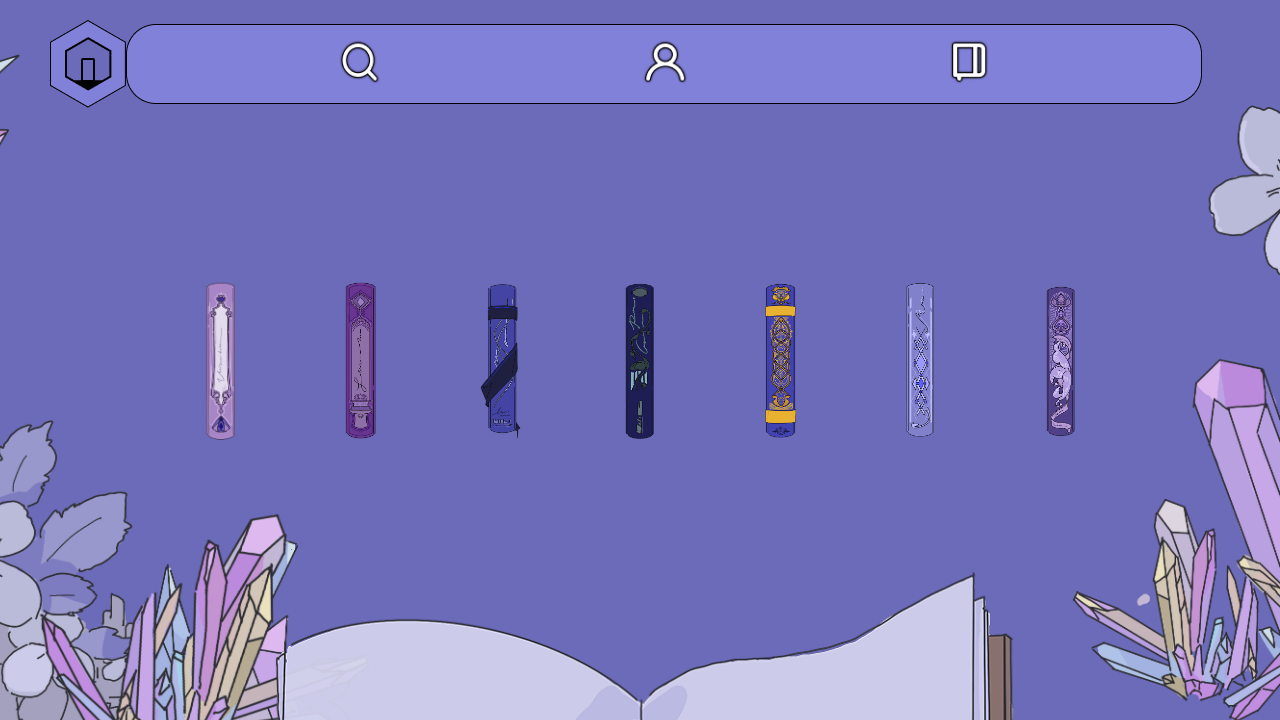
Repository: carolmmc/BabelLibrary
Page: mine.html
An editor plug-in stored every save of this project. The page is shown before and after the next save, followed by the edit.
The browser window is 1280 px wide. The pictures show the whole page.

Above is the page before, as saved 2025-05-10 00:56:19.

After the next save:
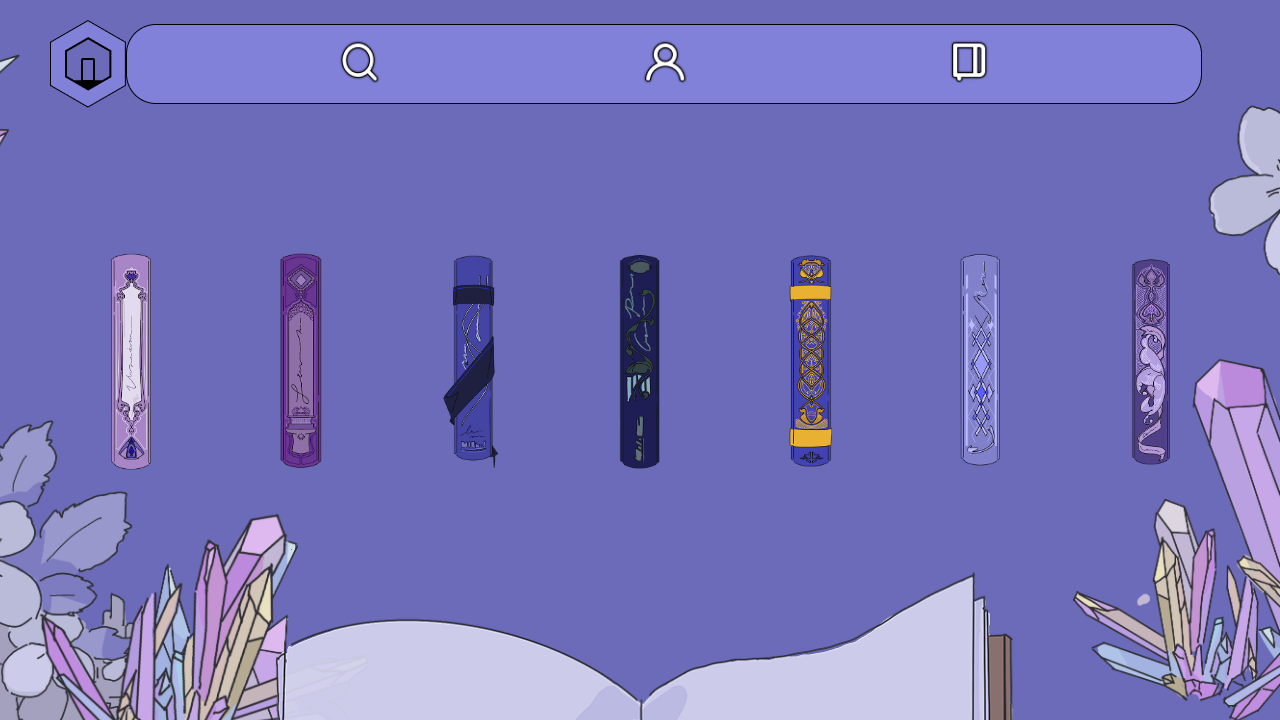
Saved 86 s later.
--- a/mine.html
+++ b/mine.html
@@ -99,16 +99,16 @@
             display: flex;
             justify-content: center;
             align-items: center;
-            gap: 20px;
+            gap: 10px;          /* 缩短各项之间的距离 */
             overflow-x: auto;
-            padding: 20px;
+            padding: 10px;      /* 缩小内部留白 */
         }
 
         .scroll-item {
-            width: 120px;          /* 统一可见区域宽度 */
-            height: 160px;         /* 统一可见区域高度 */
-            flex-shrink: 0;
-            display: flex;         /* 让图片在盒子内居中 */
+            width: 160px;       /* 放大书本显示大小 */
+            height: 220px;
+            flex-shrink: 0;
+            display: flex;
             align-items: center;
             justify-content: center;
         }
